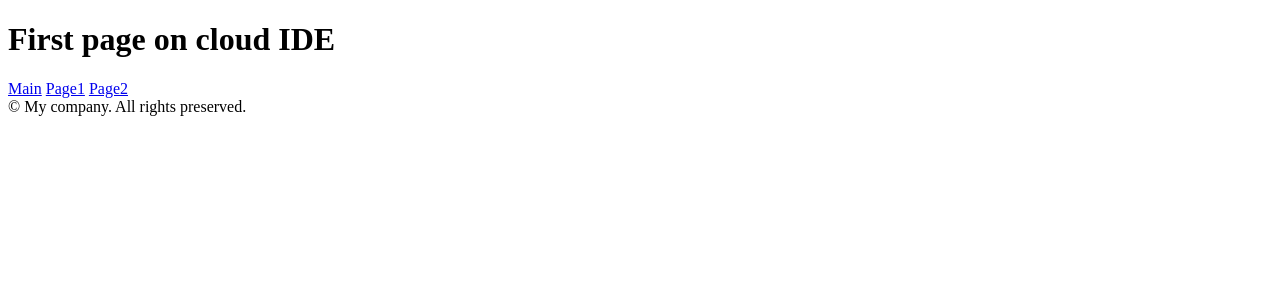
Repository: T72B/HTML
Page: index.html
The author's editor kept a record of every edit. The page is drawn from the files as they stood at one moment, then again after the next edit.
The browser window is 1280 px wide. The pictures show the whole page.

Above is the page before.

### index.html
<!DOCTYPE html>
<html>
<head>

    <meta http-equiv="content-type" content="text/html; charset=UTF-8" />
    <title>Cloud9 IDE html page</title>
</head>
<body>
<header>
    <h1>First page on cloud IDE</h1>
    <div class="menu">
        <a class="active" href="main">Main</a>
        <a class="main-menu" href="page1">Page1</a>
        <a class="main-menu" href="page2">Page2</a>
    </div>
</header>
<content>
</content>
<footer>
    <span>&copy; My company. All rights preserved.</span>
</footer>
</body>
</html>

### css/style.css
.menu a{

    text-decoration:none;
}
.active{
    color:#c25522;
    font-size:18px;
}
.main-menu{
    color:#000;
    font-size:14px;
}

After the next edit:
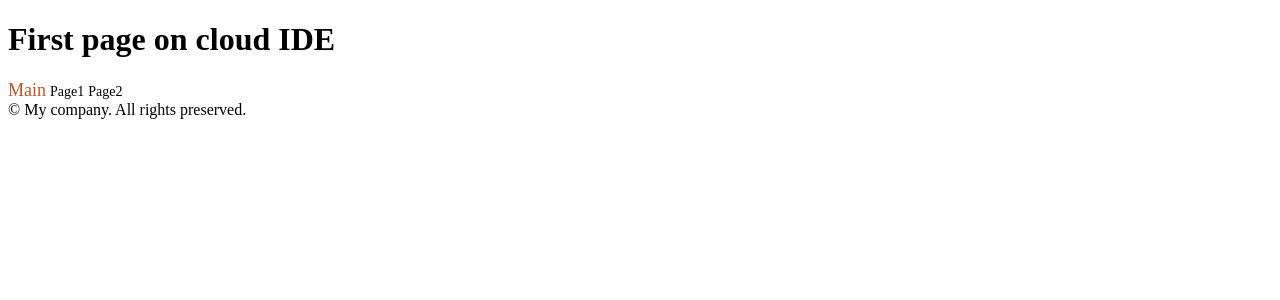
The edit:
--- a/index.html
+++ b/index.html
@@ -1,23 +1,23 @@
 <!DOCTYPE html>
 <html>
-<head>
-
-    <meta http-equiv="content-type" content="text/html; charset=UTF-8" />
-    <title>Cloud9 IDE html page</title>
-</head>
-<body>
-<header>
-    <h1>First page on cloud IDE</h1>
-    <div class="menu">
-        <a class="active" href="main">Main</a>
-        <a class="main-menu" href="page1">Page1</a>
-        <a class="main-menu" href="page2">Page2</a>
-    </div>
-</header>
-<content>
-</content>
-<footer>
-    <span>&copy; My company. All rights preserved.</span>
-</footer>
-</body>
+    <head>
+        <meta http-equiv="content-type" content="text/html; charset=UTF-8" />
+        <link rel="stylesheet" href="css/style.css" type="text/css" />
+        <title>Cloud9 IDE html page</title>
+    </head>
+    <body>
+    <header>
+        <h1>First page on cloud IDE</h1>
+        <div class="menu">
+            <a class="active" href="main">Main</a>
+            <a class="main-menu" href="page1">Page1</a>
+            <a class="main-menu" href="page2">Page2</a>
+        </div>
+    </header>
+    <content>
+    </content>
+    <footer>
+        <span>&copy; My company. All rights preserved.</span>
+    </footer>
+    </body>
 </html>
